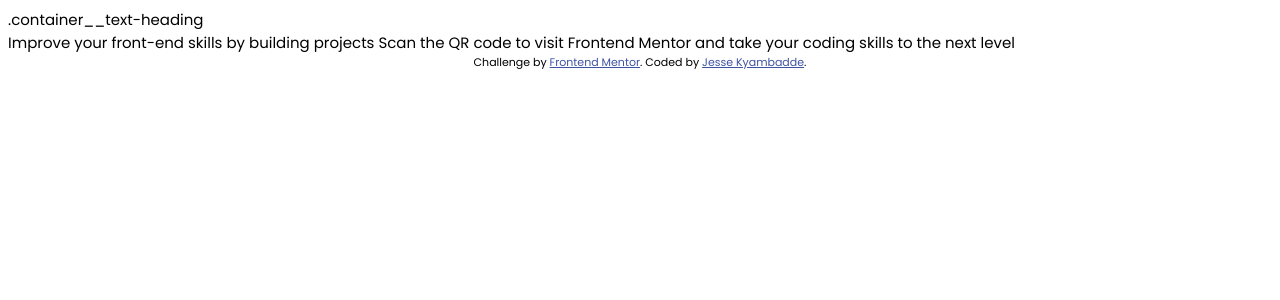
Repository: jesar-enl/qr-code-component-main-sample
Page: index.html
The author's editor kept a copy of each file at every save. The page is drawn from the files as they stood at one save, then again after the next save.
The browser window is 1280 px wide. The pictures show the whole page.

Above is the page before, as saved 2022-03-04 08:49:52.

### index.html
<!DOCTYPE html>
<html lang="en">
<head>
  <meta charset="UTF-8">
  <meta name="viewport" content="width=device-width, initial-scale=1.0"> <!-- displays site properly based on user's device -->

  <link rel="icon" type="image/png" sizes="32x32" href="./images/favicon-32x32.png">

  <title>Frontend Mentor | QR code component</title>

  <!-- Feel free to remove these styles or customize in your own stylesheet 👍 -->
  <style>
    .attribution { font-size: 11px; text-align: center; }
    .attribution a { color: hsl(228, 45%, 44%); }
  </style>
  <link rel="stylesheet" href="style.css">
  <link href="https://fonts.googleapis.com/css2?family=Outfit:wght@400;700&family=Poppins:wght@300;400;500;600&display=swap" rel="stylesheet">
</head>
<body>
  <div class="container">
    <div class="container__image">

    </div>
    <div class="container__text">
      .container__text-heading
    </div>
  </div>

  Improve your front-end skills by building projects

  Scan the QR code to visit Frontend Mentor and take your coding skills to the next level

  <div class="attribution">
    Challenge by <a href="https://www.frontendmentor.io?ref=challenge" target="_blank">Frontend Mentor</a>.
    Coded by <a href="#">Jesse Kyambadde</a>.
  </div>
</body>
</html>

### style.css
* {
    box-sizing: border-box;
}
 body {
     font-size: 15px;
     font-family: 'Outfit', sans-serif;
     font-family: 'Poppins', sans-serif;
 }

After the next save:
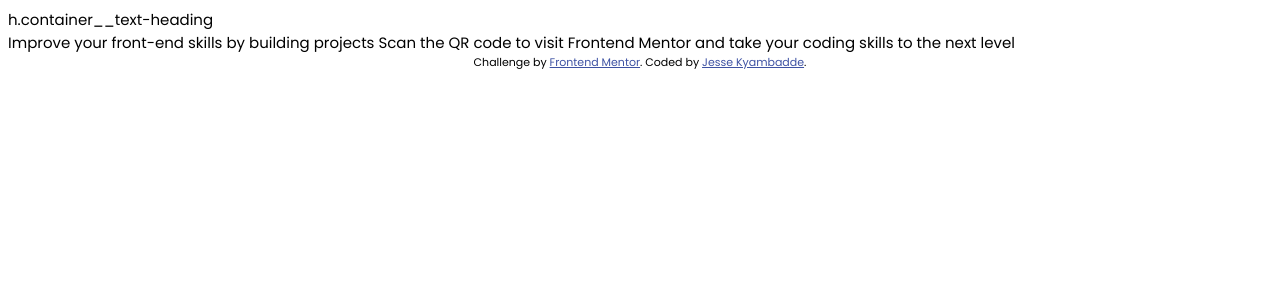
Saved 17 s later.
--- a/index.html
+++ b/index.html
@@ -22,7 +22,7 @@
 
     </div>
     <div class="container__text">
-      .container__text-heading
+      h.container__text-heading
     </div>
   </div>
 
